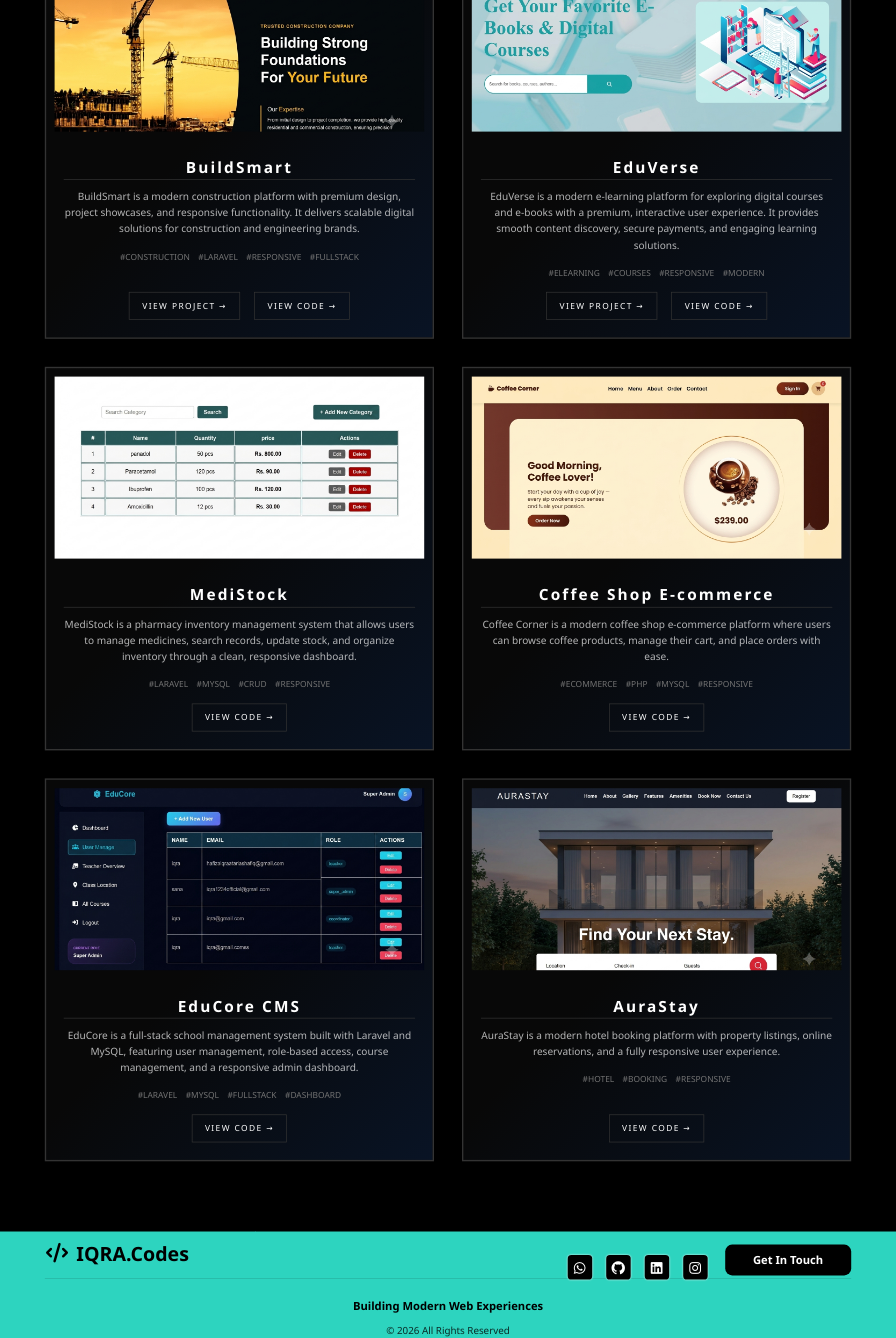
Repository: Iqra-Codes-Dev/responsive-portfolio-website
Page: journey.html
These files come from the project's save history. The page is drawn as it stood at one moment and after the next save; the edit follows.
The browser window is 1280 px wide. The pictures show the part of the page from y = 3470 to 5390 px (the page is 5382 px tall before and 5390 px after), at 70% of full size.
Some web libraries are served in a nearby version.

Above is the page before, as saved 2026-08-03 00:41:26.
Console error: ReferenceError: emailjs is not defined

### journey.html
<!doctype html>
<html lang="en">
  <head>
    <!-- ========================================== -->
    <!--          METADATA & STYLESHEETS            -->
    <!-- ========================================== -->
    <meta charset="UTF-8" />
    <meta name="viewport" content="width=device-width, initial-scale=1.0" />
    <link
      rel="stylesheet"
      href="https://cdnjs.cloudflare.com/ajax/libs/font-awesome/7.0.1/css/all.min.css"
    />
    <link href="https://unpkg.com/aos@2.3.1/dist/aos.css" rel="stylesheet" />
    <link
      rel="stylesheet"
      href="https://cdnjs.cloudflare.com/ajax/libs/font-awesome/7.0.1/css/all.min.css"
    />
    <link
      href="https://cdn.jsdelivr.net/npm/bootstrap@5.3.3/dist/css/bootstrap.min.css"
      rel="stylesheet"
    />
    <link rel="stylesheet" href="style.css" />
   <title>Hafiza Iqra — Full-Stack Web Developer</title>
  <link rel="icon" type="image/png" href="assest/download.png">
  </head>
  <body>
    <!-- ========================================== -->
    <!--          BACKGROUND CANVAS & NAVBAR        -->
    <!-- ========================================== -->
    <canvas id="networkCanvas"></canvas>
    <div id="navbar"></div>

    <!-- ========================================== -->
    <!--               HEADER SECTION               -->
    <!-- ========================================== -->
    <header data-aos="fade-down" data-aos-duration="700" data-aos-delay="200">
      <a href="index.html" class="logo">
        <i class="fas fa-code logo-icon"></i>
        <span class="logo-text">IQRA.Codes</span>
      </a>

      <div class="menu-toggle" id="mobile-menu">
        <i class="fa-solid fa-bars"></i>
      </div>

 <nav>
  <div class="close-btn" id="close-menu">
  </div>

  <ul id="nav-list">
    <li><a href="index.html">Home</a></li>
    <li><a href="index.html#services">Services</a></li>
    <li><a href="about.html">About</a></li>
    <li><a href="about.html#skills">Skills</a></li>
    <li><a href="journey.html" class="active">Journey</a></li>
    <li><a href="journey.html#projects">Projects</a></li>
    <li><a href="contact.html">Contact</a></li>
  </ul>
</nav>
    </header>
<!-- // ===============navbar ===================== -->
 <script>
   const mobileMenu = document.getElementById('mobile-menu');
const menuIcon = mobileMenu.querySelector('i');
const nav = document.querySelector('nav');
const navLinks = document.querySelectorAll('nav ul li a');

mobileMenu.addEventListener('click', () => {
    nav.classList.toggle('active');

    if (nav.classList.contains('active')) {
        menuIcon.classList.remove('fa-bars');
        menuIcon.classList.add('fa-xmark');
    } else {
        menuIcon.classList.remove('fa-xmark');
        menuIcon.classList.add('fa-bars');
    }
});

navLinks.forEach(link => {
    link.addEventListener('click', () => {
        nav.classList.remove('active');
        menuIcon.classList.remove('fa-xmark');
        menuIcon.classList.add('fa-bars');
    });
});
 </script>
      <!-- =========================================
        EXPERIENCE & CERTIFICATIONS
========================================= -->

<section class="experience-section" id="experience">

    <div class="section-heading">
         <div class="section-tag"
        data-aos="fade-down"
        data-aos-duration="800">
       // MY JOURNEY
    </div>
       <br><br>
        <h2>Experience & <span>Certifications</span></h2>
    </div>

    <div class="timeline">

        <!-- Experience -->
        <div class="timeline-item">
            <div class="timeline-dot"></div>

            <div class="timeline-content">

                <span class="year">2025 – Present</span>

                <span class="badge">EXPERIENCE</span>
                <h3>Freelance Full-Stack Web Developer</h3>

                <h4>Self-Employed</h4>

                <p>
                    Developing modern full-stack web applications using PHP,
                    Laravel, MySQL, JavaScript and Bootstrap. Built Restaurant
                    Management Systems, School Management Systems, Portfolio
                    Websites and integrated secure authentication and payment
                    gateways.
                </p>

            </div>
        </div>


        <!-- Internship -->
        <div class="timeline-item">
            <div class="timeline-dot"></div>

            <div class="timeline-content">

                <span class="year">January 2025 – July 2025</span>
 <span class="badge">INTERNSHIP</span>
                <h3>Web Development Intern</h3>

                <h4>Richmond Institute</h4>

                <p>
                    Worked on PHP, Laravel and MySQL projects. Developed CRUD
                    applications, maintained clean coding standards and created
                    responsive user interfaces using HTML, CSS, Bootstrap and
                    JavaScript.
                </p>

            </div>
        </div>


        <!-- Certificate 1 -->
        <div class="timeline-item">
            <div class="timeline-dot"></div>

            <div class="timeline-content">

                <span class="year">Career Institute</span>
  <span class="badge">CERTIFICATIONS</span>
                <h3>Full-Stack Web Development</h3>

                <h4>Professional Certification</h4>

                <p>
                    Completed professional training in HTML, CSS, JavaScript,
                    Bootstrap, PHP, Laravel and MySQL with practical
                    full-stack projects.
                </p>

            </div>
        </div>


        <!-- Certificate 2 -->
        <div class="timeline-item">
            <div class="timeline-dot"></div>

            <div class="timeline-content">

                <span class="year">Richmond Institute</span>
  <span class="badge">CERTIFICATIONS</span>
                <h3>Full-Stack Web Development</h3>

                <h4>Professional Certification</h4>

                <p>
                    Successfully completed hands-on training in frontend,
                    backend development, database management and responsive
                    website development.
                </p>

            </div>
        </div>

    </div>

</section>
  <!-- ========================================== -->
    <!--               TICKER BANNER                -->
    <!-- ========================================== -->
 <div class="ticker-container">
  <div class="ticker-wrapper">
    <div class="ticker-item">
      FULL STACK DEVELOPER <span class="diamond">✦</span> <span class="diamond">✦</span> <span class="name">IQRA</span> <span class="diamond">✦</span>
      FULL STACK DEVELOPER <span class="diamond">✦</span> <span class="name">IQRA</span> <span class="diamond">✦</span> <span class="diamond">✦</span>
    </div>
    <div class="ticker-item">
      FULL STACK DEVELOPER <span class="diamond">✦</span> <span class="diamond">✦</span> <span class="name">IQRA</span> <span class="diamond">✦</span>
      FULL STACK DEVELOPER <span class="diamond">✦</span> <span class="name">IQRA</span> <span class="diamond">✦</span> <span class="diamond">✦</span>
    </div>
  </div>
</div>
<!--============== PROJECTS SECTION================ -->
<section class="projects-section" id="projects">

  <!-- PROJECT HEADER -->
  <div class="project-header">
    <div class="project-top">
      <span></span>
      <p>PROJECT_DIRECTORY // READY</p>
      <span></span>
    </div>

    <h2>LATEST PROJECTS</h2>

    <p class="project-desc">
      Explore some of my latest full-stack projects crafted with clean code,
      responsive design, and modern technologies. Each project reflects my
      passion for creating fast, scalable, and user-friendly digital experiences.
    </p>

    <div class="project-bottom">
      <span></span>
      <p>STATUS : LIVE &nbsp;//&nbsp; STACK : MERN & LARAVEL</p>
      <span></span>
    </div>
  </div>

  <!-- PROJECTS GRID -->
  <div class="projects-grid">

    <div class="project-card">
      <div class="project-banner">
        <img src="assest/watch.png" alt="Velora Pro">
      </div>
      <div class="project-content">
        <h3>VELORA PRO</h3>
        <p>Futuristic wearable technology showcase with premium UI, interactive displays, smooth animations, and responsive design.</p>
        <div class="tags">
          <span>#ui/ux</span> <span>#smartwatch</span> <span>#responsive</span> <span>#interactive</span>
        </div>
        <div class="project-links">
          <a href="https://velora-watch.vercel.app/" target="_blank">VIEW PROJECT →</a>
          <a href="https://github.com/Iqra-Codes-Dev/Velora-Pro-Elite-Watch" target="_blank">VIEW CODE →</a>
        </div>
      </div>
    </div>

    <div class="project-card">
      <div class="project-banner">
        <img src="assest/ai.png" alt="TaskNova">
      </div>
      <div class="project-content">
        <h3>TaskNova AI</h3>
        <p>AI-powered productivity SaaS platform with a futuristic dark UI, smart task management, and seamless team collaboration.</p>
        <div class="tags">
          <span>#frontend</span> <span>#javascript</span> <span>#responsive</span> <span>#modern</span>
        </div>
        <div class="project-links">
          <a href="https://tasknova-ai.vercel.app/" target="_blank">VIEW PROJECT →</a>
          <a href="https://github.com/Iqra-Codes-Dev/TaskNova-AI-Futuristic-SaaS-Platform" target="_blank">VIEW CODE →</a>
        </div>
      </div>
    </div>

    <div class="project-card">
      <div class="project-banner">
        <img src="assest/learn.png" alt="EduFlow">
      </div>
      <div class="project-content">
        <h3>EduFlow LMS</h3>
        <p>EduFlow-LMS is a professional e-learning platform with interactive courses, career-focused learning paths, and premium design.</p>
        <div class="tags">
          <span>#lms</span> <span>#education</span> <span>#responsive</span> <span>#modern</span>
        </div>
        <div class="project-links">
          <a href="https://edu-flow-lms-xi.vercel.app/" target="_blank">VIEW PROJECT →</a>
          <a href="https://github.com/Iqra-Codes-Dev/EduFlow-LMS" target="_blank">VIEW CODE →</a>
        </div>
      </div>
    </div>

    <div class="project-card">
      <div class="project-banner">
        <img src="assest/law.png" alt="LawExpert">
      </div>
      <div class="project-content">
        <h3>LawExpert</h3>
        <p>LawExpert is a professional legal platform with attorney profiles, case management, and client consultation features. It delivers a modern, secure, and trusted digital experience for law firms.</p>
        <div class="tags">
          <span>#legaltech</span>
          <span>#fullstack</span>
          <span>#responsive</span>
          <span>#modern</span>
        </div>
        <div class="project-links">
          <a href="https://legal-firm-pro.vercel.app/" target="_blank">VIEW PROJECT →</a>
          <a href="https://github.com/Iqra-Codes-Dev/LegalFirm-Pro" target="_blank">VIEW CODE →</a>
        </div>
      </div>
    </div>

    <div class="project-card">
      <div class="project-banner">
        <img src="assest/build.png" alt="BuildSmart">
      </div>
      <div class="project-content">
        <h3>BuildSmart</h3>
        <p>BuildSmart is a modern construction platform with premium design, project showcases, and responsive functionality. It delivers scalable digital solutions for construction and engineering brands.</p>
        <div class="tags">
          <span>#construction</span>
          <span>#laravel</span>
          <span>#responsive</span>
          <span>#fullstack</span>
        </div>
        <div class="project-links">
          <a href="https://smartbuild-constr.vercel.app/" target="_blank">VIEW PROJECT →</a>
          <a href="https://github.com/Iqra-Codes-Dev/BuildSmart-Construction-Platform" target="_blank">VIEW CODE →</a>
        </div>
      </div>
    </div>

    <div class="project-card">
      <div class="project-banner">
        <img src="assest/book.png" alt="EduVerse">
      </div>
      <div class="project-content">
        <h3>EduVerse</h3>
        <p>EduVerse is a modern e-learning platform for exploring digital courses and e-books with a premium, interactive user experience. It provides smooth content discovery, secure payments, and engaging learning solutions.</p>
        <div class="tags">
          <span>#elearning</span>
          <span>#courses</span>
          <span>#responsive</span>
          <span>#modern</span>
        </div>
        <div class="project-links">
          <a href="https://edu-verse-learn.vercel.app/" target="_blank">VIEW PROJECT →</a>
          <a href="https://github.com/Iqra-Codes-Dev/EduVerse-Learning-Platform" target="_blank">VIEW CODE →</a>
        </div>
      </div>
    </div>

    <div class="project-card">
      <div class="project-banner">
        <img src="assest/ph.png" alt="MediStock">
      </div>
      <div class="project-content">
        <h3>MediStock</h3>
        <p>MediStock is a pharmacy inventory management system that allows users to manage medicines, search records, update stock, and organize inventory through a clean, responsive dashboard.</p>
        <div class="tags">
          <span>#laravel</span>
          <span>#mysql</span>
          <span>#crud</span>
          <span>#responsive</span>
        </div>
        <div class="project-links">
          <a href="https://github.com/Iqra-Codes-Dev/Inventory-CRUD-Master" target="_blank">VIEW CODE →</a>
        </div>
      </div>
    </div>

    <div class="project-card">
      <div class="project-banner">
        <img src="assest/coffee.png" alt="Coffee Corner">
      </div>
      <div class="project-content">
        <h3>Coffee Shop E-commerce</h3>
        <p>Coffee Corner is a modern coffee shop e-commerce platform where users can browse coffee products, manage their cart, and place orders with ease.</p>
        <div class="tags">
          <span>#ecommerce</span>
          <span>#php</span>
          <span>#mysql</span>
          <span>#responsive</span>
        </div>
        <div class="project-links">
          <a href="https://github.com/Iqra-Codes-Dev/CoffeeCorner-Lux" target="_blank">VIEW CODE →</a>
        </div>
      </div>
    </div>

    <div class="project-card">
      <div class="project-banner">
        <img src="assest/educore.png" alt="EduCore CMS">
      </div>
      <div class="project-content">
        <h3>EduCore CMS</h3>
        <p>EduCore is a full-stack school management system built with Laravel and MySQL, featuring user management, role-based access, course management, and a responsive admin dashboard.</p>
        <div class="tags">
          <span>#laravel</span>
          <span>#mysql</span>
          <span>#fullstack</span>
          <span>#dashboard</span>
        </div>
        <div class="project-links">
          <a href="https://github.com/Iqra-Codes-Dev/EduCore-SMS" target="_blank">VIEW CODE →</a>
        </div>
      </div>
    </div>

    <div class="project-card">
      <div class="project-banner">
        <img src="assest/aura.png" alt="AuraStay">
      </div>
      <div class="project-content">
        <h3>AuraStay</h3>
        <p>AuraStay is a modern hotel booking platform with property listings, online reservations, and a fully responsive user experience.</p>
        <div class="tags">
          <span>#hotel</span>
          <span>#booking</span>
          <span>#responsive</span>
        </div>
        <div class="project-links">
          <a href="https://github.com/Iqra-Codes-Dev/AuraStay-Lux" target="_blank">VIEW CODE →</a>
        </div>
      </div>
    </div>

  </div>
</section>
    <!-- ========================================== -->
    <!--               FOOTER SECTION               -->
    <!-- ========================================== -->
  <footer class="footer">

    <div class="footer-top">

        <a href="#" class="footer-logo">
            <i class="fas fa-code"></i>
            <span>IQRA.Codes</span>
        </a>

        <div class="footer-right">

            <div class="social-icon">
         <a href="https://web.whatsapp.com/send?phone=923047898384&text=Hello%20Hafiza%20Iqra,%20I%20visited%20your%20portfolio%20and%20would%20like%20to%20discuss%20a%20web%20development%20project." target="_blank" rel="noopener noreferrer">
    <i class="fa-brands fa-whatsapp"></i>
</a>
            <a href="https://github.com/Iqra-Codes-Dev" target="_blank"><i class="fab fa-github"></i></a>
            <a href="https://www.linkedin.com/in/iqra-shafiq-226538415/" target="_blank"><i class="fab fa-linkedin"></i></a>
            <a href="https://www.instagram.com/hafi.za526" target="_blank"><i class="fab fa-instagram"></i></a>

      </div>
             <a href="contact.html" class="hire-btn">Get In Touch</a>

        </div>

    </div>

   <div class="footer-center">



    <p>Building Modern Web Experiences</p>

    <span>© 2026 All Rights Reserved</span>

</div>

</footer>
    <!-- ========================================== -->
    <!--            SCRIPTS & INITIALIZATION        -->
    <!-- ========================================== -->

    <!-- 1. Sab se pehle EmailJS library load hogi -->
    <script src="https://cdn.jsdelivr.net/npm/@emailjs/browser@4/dist/email.min.js"></script>

    <!-- 2. Phir AOS animation library -->
    <script src="https://cdn.jsdelivr.net/npm/aos@2.3.4/dist/aos.js"></script>
    <script>
AOS.init({
    duration: 500,
    once: true,
    offset: 40
});
</script>

    <!-- 3. Aakhir mein aapka apna JavaScript code -->
    <script>
      (function () {
        emailjs.init({
          publicKey: "OnNOJI0DPhENTERJY",
        });
      })();

      function showCenterPopup(message, type) {
        const notification = document.getElementById("form-notification");
        notification.innerText = message;
        notification.className = `show ${type}`;

        // 3 seconds ke baad popup khud band ho jayega
        setTimeout(() => {
          notification.className = "";
        }, 3000);
      }

      document.addEventListener("DOMContentLoaded", function () {
        const contactForm = document.getElementById("contactForm");

        if (contactForm) {
          contactForm.addEventListener("submit", function (e) {
            e.preventDefault();

            const button = document.querySelector(".contact-submit");
            button.innerHTML = "Sending...";

            const templateParams = {
              name: document.getElementById("name").value,
              email: document.getElementById("email").value,
              location: document.getElementById("location").value,
              subject: document.getElementById("subject").value,
              message: document.getElementById("message").value,
            };

            emailjs
              .send("service_6pl0hm6", "template_5o2vfal", templateParams)
              .then(function (response) {
                console.log("SUCCESS", response);
                showCenterPopup("✅ Message Sent Successfully!", "success");
                contactForm.reset();
                button.innerHTML = `
                      Send Message
                      <i class="fa-solid fa-arrow-right"></i>
                  `;
              })
              .catch(function (error) {
                console.log("EmailJS Error:", error);
                showCenterPopup("❌ Message Failed. Try again!", "error");
                button.innerHTML = `
                      Send Message
                      <i class="fa-solid fa-arrow-right"></i>
                  `;
              });
          });
        }
      });
    </script>

    <!-- Agar aapka baaki code 'lec.js' mein hai, toh wo yahan aayega (agar upar wala code inline kar diya hai toh lec.js ki zaroorat nahi) -->
    <script src="lec.js"></script>
  </body>
</html>

Loaded but not shown: lec.js (557 lines, source omitted); style.css (2858 lines, source omitted)

After the next save:
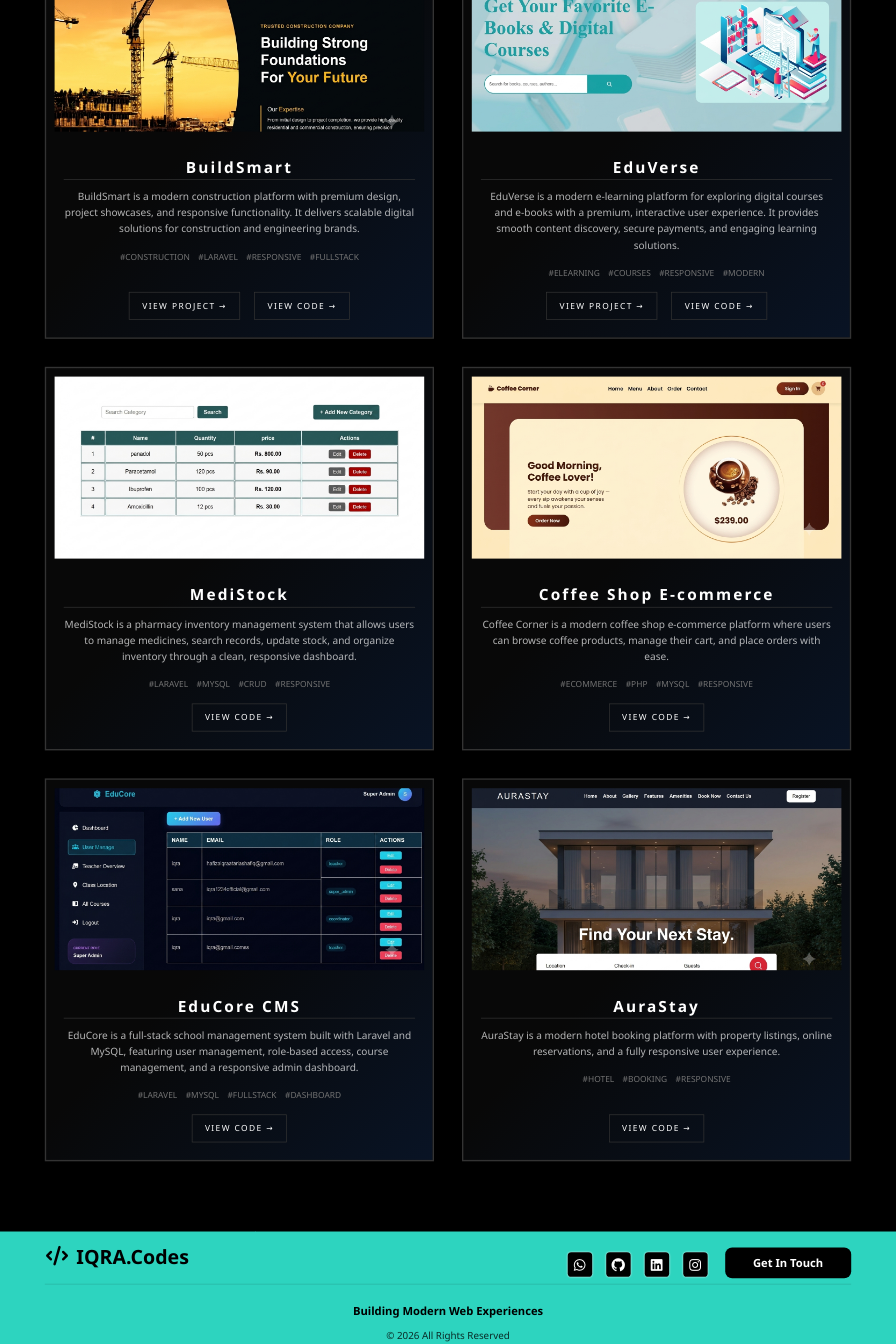
Saved 13 s later.
--- a/journey.html
+++ b/journey.html
@@ -443,11 +443,14 @@ navLinks.forEach(link => {
 
         <div class="footer-right">
 
-            <div class="social-icon">
-         <a href="https://web.whatsapp.com/send?phone=923047898384&text=Hello%20Hafiza%20Iqra,%20I%20visited%20your%20portfolio%20and%20would%20like%20to%20discuss%20a%20web%20development%20project." target="_blank" rel="noopener noreferrer">
+            <div class="social-icon soc">
+              <a href="https://wa.me/923047898384?text=Hello%20Hafiza%20Iqra!%20I%20visited%20your%20portfolio%20and%20would%20like%20to%20discuss%20a%20web%20development%20project."
+   target="_blank"
+   rel="noopener noreferrer"
+   aria-label="Chat on WhatsApp">
     <i class="fa-brands fa-whatsapp"></i>
 </a>
-            <a href="https://github.com/Iqra-Codes-Dev" target="_blank"><i class="fab fa-github"></i></a>
+      <a href="https://github.com/Iqra-Codes-Dev" target="_blank"><i class="fab fa-github"></i></a>
             <a href="https://www.linkedin.com/in/iqra-shafiq-226538415/" target="_blank"><i class="fab fa-linkedin"></i></a>
             <a href="https://www.instagram.com/hafi.za526" target="_blank"><i class="fab fa-instagram"></i></a>
 
